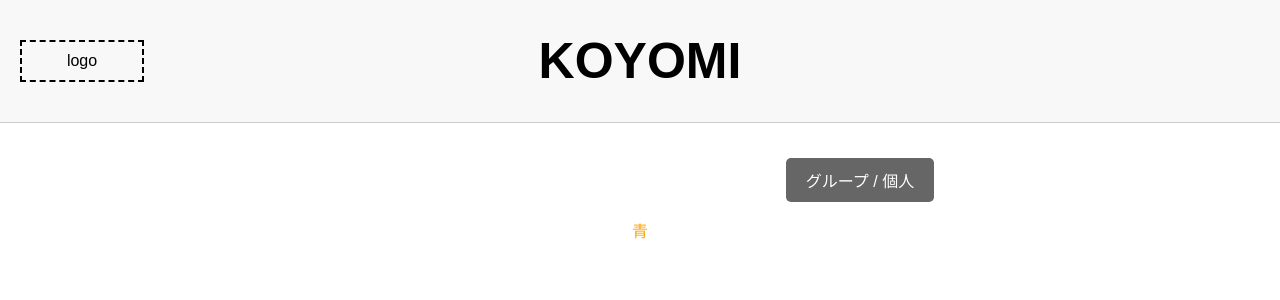
Repository: teramu0602/koyomi
Page: http://localhost/grouplist
These files come from the project's save history. The page is drawn as it stood at one moment and after the next save; the edit follows.
The browser window is 1280 px wide. The pictures show the whole page.
Some web fonts or font styles are not loaded; a fallback is used. The page is served by the project's Laravel application, run on PHP 8.4 with Laravel 9. Other server files are loaded and not shown. Style sheets and scripts are compiled from the project's sources, by tool versions that may differ from the author's.

Above is the page before, as saved 2025-02-22 10:11:58.

### routes/web.php
<?php

use Illuminate\Support\Facades\Route;
use App\Http\Controllers\CalendarController;
use App\Http\Controllers\PostController;
use App\Http\Controllers\Auth\LoginController;



/*
|--------------------------------------------------------------------------
| Web Routes
|--------------------------------------------------------------------------
|
| Here is where you can register web routes for your application. These
| routes are loaded by the RouteServiceProvider within a group which
| contains the "web" middleware group. Now create something great!
|
*/

Route::get('/', function () {
    return view('welcome');
});

Route::get('/admin', function () {
    return view('layouts/admin');
});

Route::get('/admin/home', function () {
    return view('calender/home');
});

Route::get('/custom-login', [LoginController::class, 'showLoginForm'])->name('custom.login');
Route::post('/custom-login', [LoginController::class, 'login'])->name('custom.login.submit');
Route::get('/custom-login', function () {
    return view('admin/login');
});

Route::get('/signup', function () {
    return view('admin/signup');
});
Auth::routes();

Route::get('/home', [App\Http\Controllers\HomeController::class, 'index'])->name('home');



Route::get('/calendar', function () {
    return view('calender/calendar');
})->name('calendar');

Route::get('/calendar/{year}/{month}', [CalendarController::class, 'show'])->name('calendar.show');
Route::get('/admin/home/{year}/{month}', [CalendarController::class, 'showAdmin'])->name('calendar.admin.show');

Route::get('/admin/home', [CalendarController::class, 'index']);

Route::get('/grouplist', function () {
    return view('admin/group_list');
});

### resources/views/admin/group_list.blade.php
@extends('layouts.admin_calender')
<head>
<link href="{{ asset('css/common.admin.css') }}" rel="stylesheet">
</head>

@section('content')
<div class = "container">
<button class="switch_button" onclick="toggleMode()">グループ / 個人</button>
</div>
<p class = "purple">青</p>
@endsection

### resources/views/layouts/admin_calender.blade.php
<!DOCTYPE html>
<html lang="{{ app()->getLocale() }}">
    <head>
        <meta charset="utf-8">
        <meta http-equiv="X-UA-Compatible" content="IE=edge">
        <meta name="viewport" content="width=device-width, initial-scale=1">
        <meta name="csrf-token" content="{{ csrf_token() }}">

        <title>@yield('title')</title>

        <script src="{{ asset('js/app.js') }}" defer></script>

        <link rel="dns-prefetch" href="https://fonts.gstatic.com">
        <link href="https://fonts.googleapis.com/css?family=Raleway:300,400,600" rel="stylesheet" type="text/css">

        <link href="{{ asset('css/admin.css') }}" rel="stylesheet">


    </head>

   <header>
        <div class="logo">logo</div>
        <h1 class="service-name">KOYOMI</h1>
        @yield('drop_menu')
    </header>

    <main>
    @yield('content')
    </main>
    <body>
    </body>

</html>

### public/css/common.admin.css
html, body {
    width: 100%;
    margin: 0; /* 不要なマージンを削除 */
    padding: 0; /* 不要なパディングを削除 */
}

.container {
    display: flex;
    justify-content: center; /* 水平中央に配置 */


}

button {

    border: none;
    border-radius: 5px;
    cursor: pointer;
    margin: 0!important;
    margin-top: 35px!important;
    margin-left: 440px!important;
    font-size: 16px;

    display: flex !important;
    justify-content: flex-end !important;
  }




.purple {
    color: orange;
}

.switch_button{
    display: flex ;
    justify-content: flex-end ;


}

### resources/sass/admin.scss
@charset "UTF-8";
body {
  font-family: Arial, sans-serif;
  text-align: center;
  margin: 0;
  padding: 0;
}

header {
  display: flex;
  justify-content: center;
  align-items: center;
  width: 100%;

  padding: 40px 0px 40px 0px;
  background-color: #f8f8f8;
  border-bottom: 1px solid #ccc;
}

.logo {
  border: 2px dashed black;
  padding: 10px;
  width: 100px;
  text-align: center;
  margin-right: auto;
  margin-left: 20px;
}

.service-name {
  font-size: 50px;
  position: absolute; /* ページ全体に対して中央配置 */
  left: 50%;
  transform: translateX(-50%); /* 画面の中央に配置 */
  text-align: center; /* 中央揃え */
}

main {
  margin-top: 0px;
  background: linear-gradient(to bottom, orange 0%, white 0%);
}

h2 {
  font-size: 22px;
  margin-bottom: 50px;
}

form {
  display: flex;
  flex-direction: column;
  align-items: center;
  gap: 10px;
}

label {
  font-weight: bold;
}

input {
  width: 300px;
  padding: 8px;
  border: 1px solid #ccc;
  border-radius: 4px;
}

button {
  background-color: #666;
  color: white;
  padding: 10px 20px;
  border: none;
  border-radius: 5px;
  cursor: pointer;
  margin-top: 35px;
  font-size: 16px;
}

button:hover {
  background-color: #444;
}

.login-link {
  margin-top: 40px;
  font-size: 14px;
  color: #555;
}

.checkbox {
  margin: 30px;
  display: flex; /* 横並びにする */
  align-items: center;
  margin-right: 170px;
}

.checkbox input[type=checkbox] {
  margin-right: 10px; /* チェックボックスとテキストの間隔 */
}

.remember {
  font-size: 14px;
}

input#remember {
  width: 10px; /* 幅を300pxに設定 */
  height: 20px; /* 高さを13pxに設定 */
}

.checkbox label {
  font-weight: normal;
}

table {
  width: 100%;
  border-collapse: collapse;
}

td {
  border: 1px solid grey;
  text-align: left; /* 左揃え */
  vertical-align: top; /* 上揃え */

  padding: 0px 0px 150px 0px;

}

th {
  background: white;
  text-align: center;
  padding: 10px;
}

.sunday {
  background: pink;
  color: red;
}

.red {
  color: red;
}

.saturday {
  background: pink;
  color: blue;
}

.blue{
  color: blue;
}

.next-month {
  background: #ccc;
  color: #666;
}

.month_toggle {
  text-decoration: none;
  color: black;
}

.nav-item {
  list-style: none;
  margin-right: 20px;
}

.pink {
  color: pink;
  background-color: purple;
}
.prev-month, .next-month {
  background: #ccc;
  color: #666;
}

.switch {
  background-color: orange;
  padding: 0px 0px 35px 0px;
  font-size: 20px;
}

.who {
  background-color: palegoldenrod;
  font-size: 20px;
  margin-right: 400px;
}

.switch_button{
  margin-left: 400px;
}

table {
  width: 80%; /* テーブルの幅を90%に設定 */
  margin-left: auto; /* 左側の空白 */
  margin-right: auto; /* 右側の空白 */
  margin-bottom: 50px;
}

Loaded but not shown: app/Http/Controllers/Auth/ConfirmPasswordController.php (common file); app/Http/Controllers/Controller.php (common file)

After the next save:
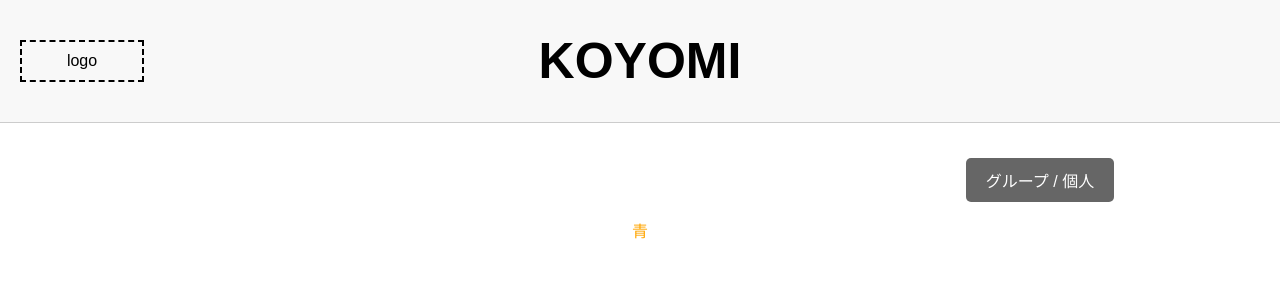
Saved 14 s later.
--- a/public/css/common.admin.css
+++ b/public/css/common.admin.css
@@ -18,7 +18,7 @@ button {
     cursor: pointer;
     margin: 0!important;
     margin-top: 35px!important;
-    margin-left: 440px!important;
+    margin-left: 800px!important;
     font-size: 16px;
 
     display: flex !important;
